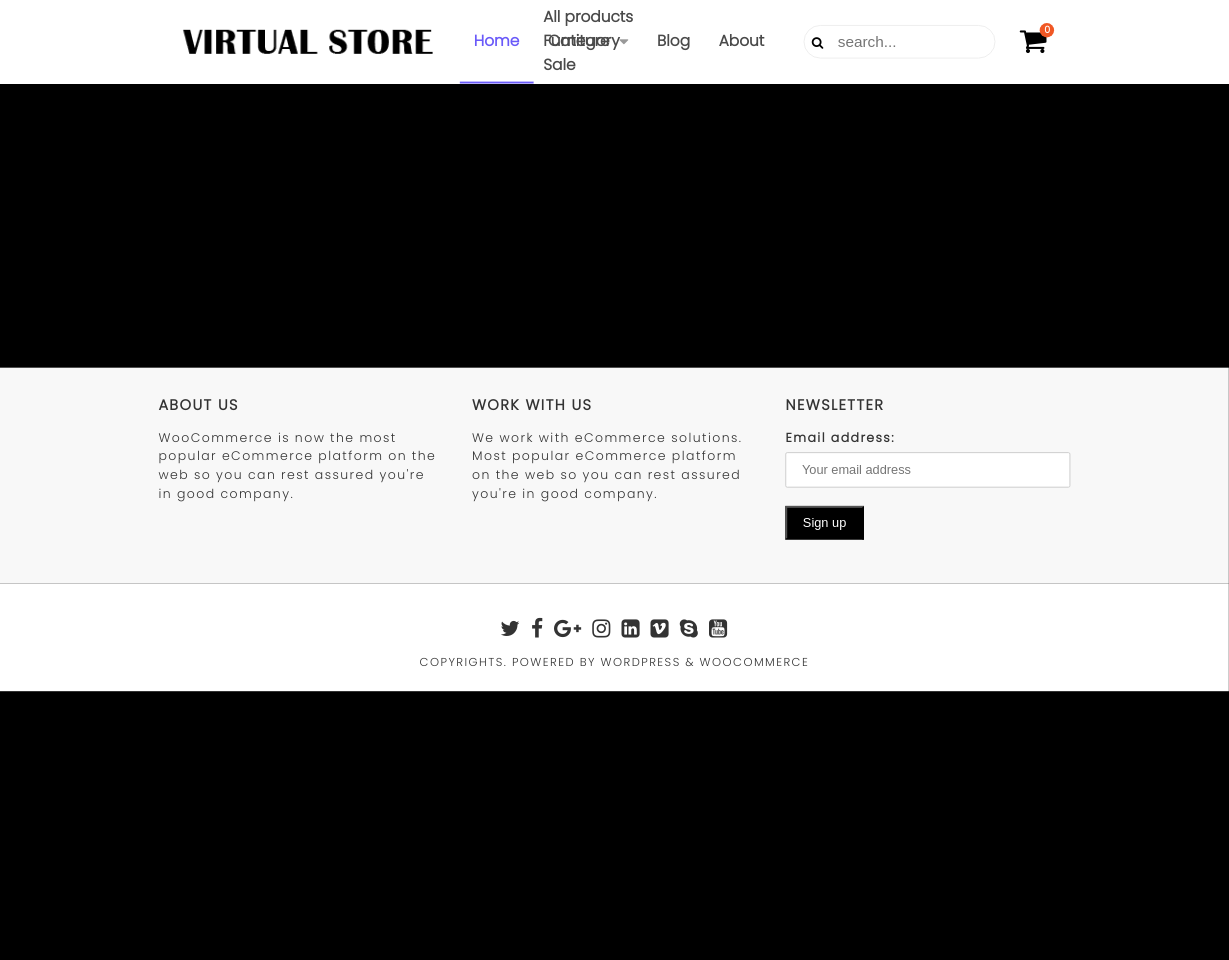
Repository: dungle03/tke_web_nhom_15
Page: index.html
An editor plug-in stored every save of this project. The page is shown before and after the next save, followed by the edit.
The browser window is 1280 px wide. The pictures show the whole page, at 96% of full size.

Above is the page before, as saved 2022-09-13 23:17:09.
Not found: resest.css

After the next save:
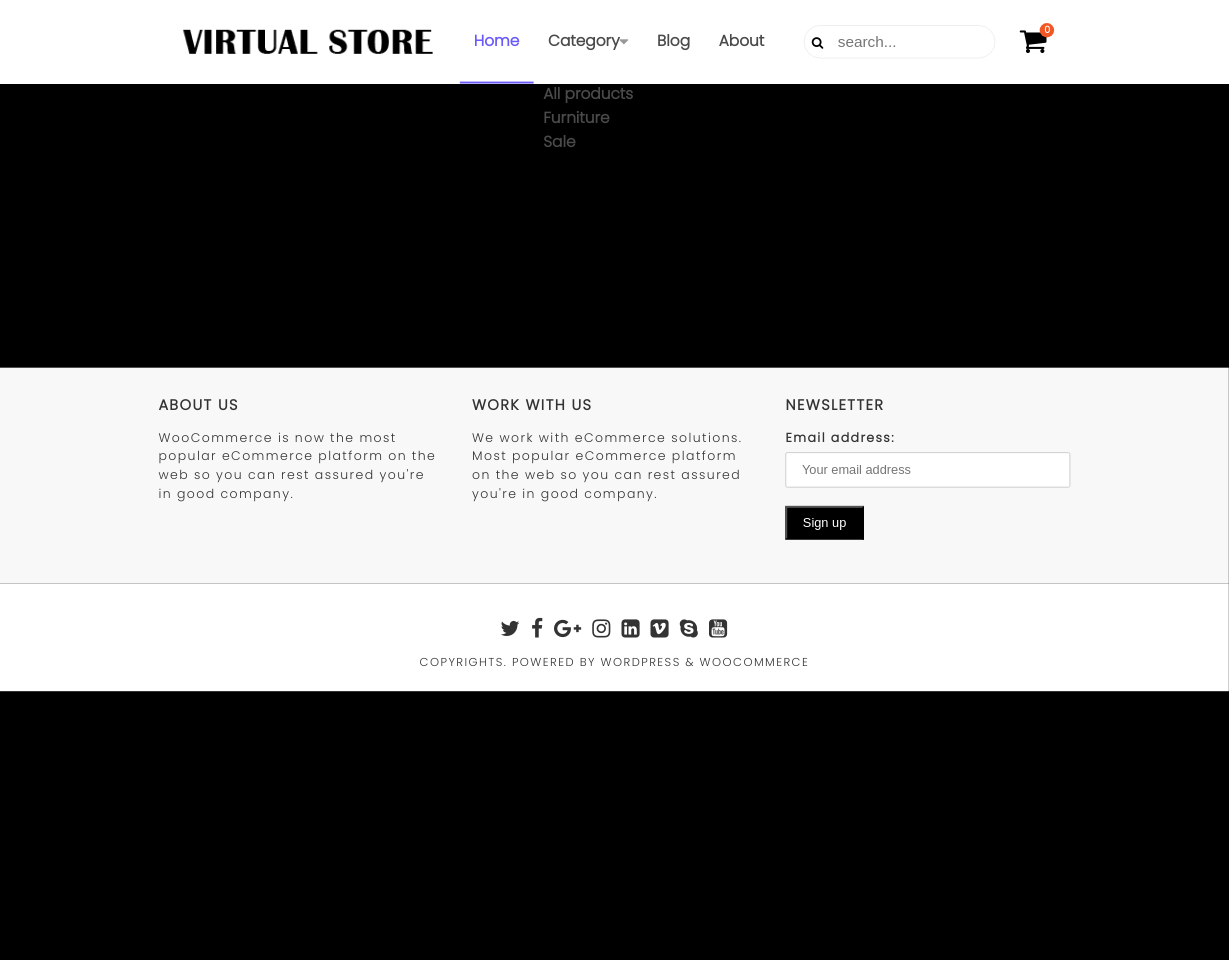
Saved 14 s later.
--- a/CSS/header.css
+++ b/CSS/header.css
@@ -141,7 +141,7 @@ html {
 
 .dropdow{
   position: absolute;
-  /* top: 110%; */
+  top: 100%;
 }
 
 /* FORTER */
